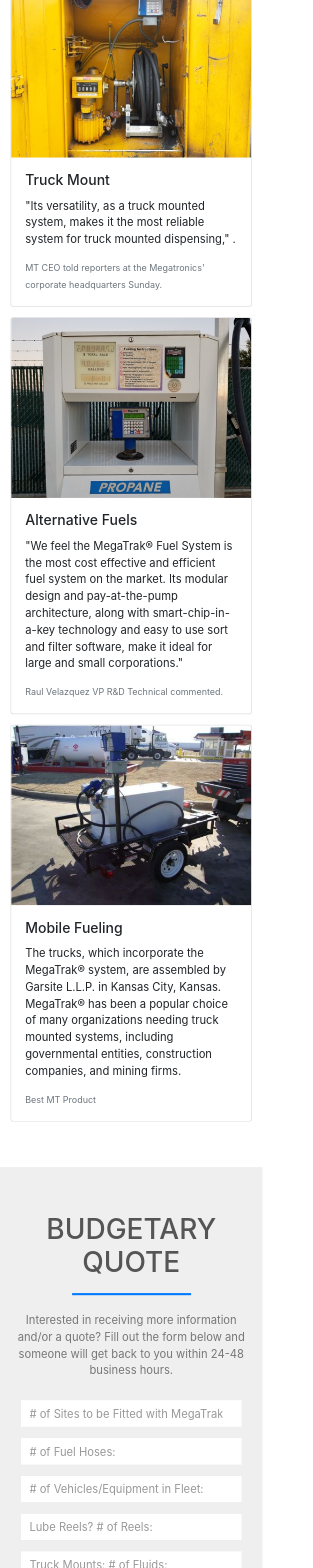
Repository: navegantemx/MegaTrak-Milestone-Project
Page: index.html
The author's editor kept a record of every edit. The page is drawn from the files as they stood at one moment, then again after the next edit.
The browser window is 375 px wide. The page is 447 px wide, so the pictures cover 447 px, including what lies to the right of the window. The pictures show the part of the page from y = 3885 to 6125 px (the page is 6901 px tall before and 7021 px after), at 70% of full size.
Backgrounds fixed to the window are drawn as part of the page.

Above is the page before.

After the next edit:
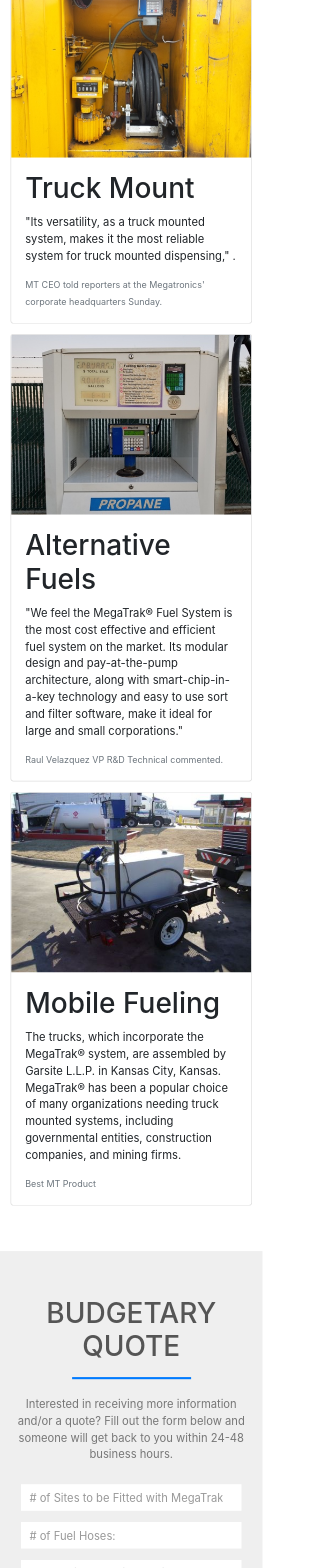
The edit:
--- a/assets/css/style.css
+++ b/assets/css/style.css
@@ -72,6 +72,13 @@
     color: #fff;
     font-size: 42px;
 }
+
+/* -------------------------------------title----- */
+
+@media (max-width: 480px) {
+  h5 {
+    font-size: 2.5em;
+  }
 
 /* -------------------------------------Solutions */
 

After the 3 edits that followed:
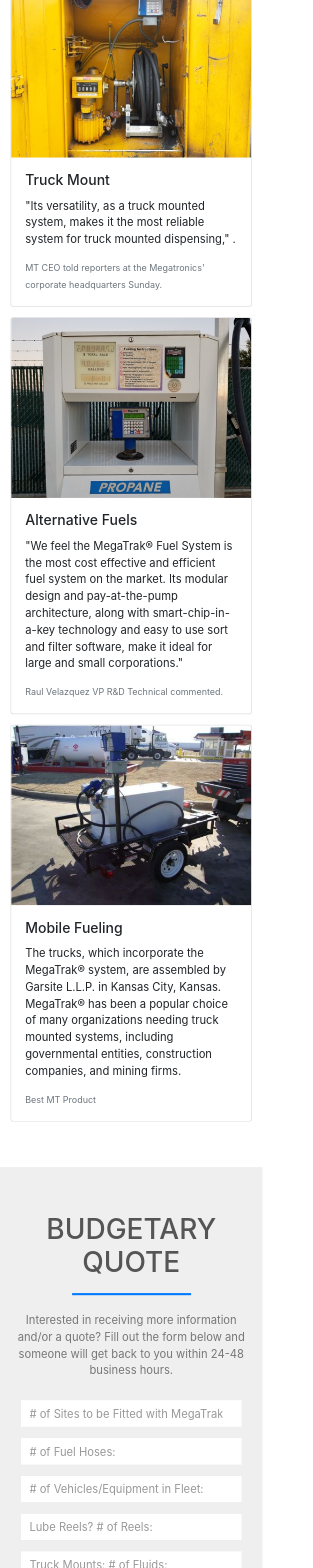
The 3 edits are shown as one change because 2 left the picture as it was.
The edit:
--- a/assets/css/style.css
+++ b/assets/css/style.css
@@ -73,12 +73,6 @@
     font-size: 42px;
 }
 
-/* -------------------------------------title----- */
-
-@media (max-width: 480px) {
-  h5 {
-    font-size: 2.5em;
-  }
 
 /* -------------------------------------Solutions */
 
